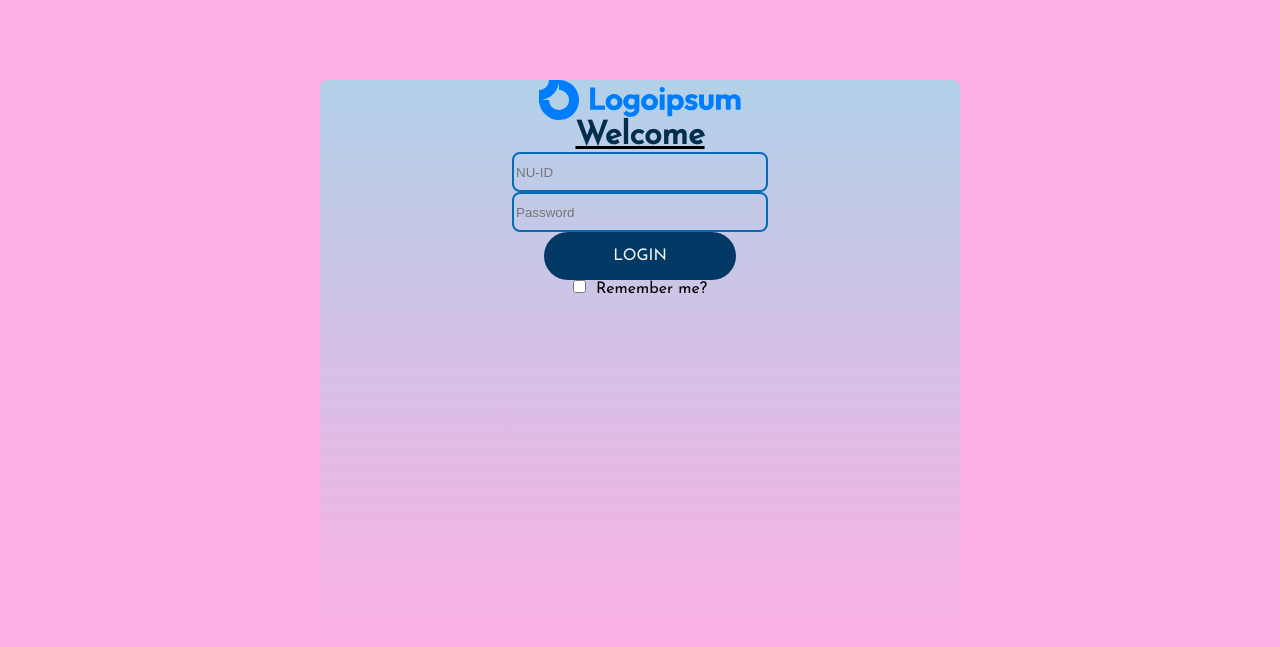
Repository: Tahaa2t/Researchers
Page: /
These files come from the project's save history. The page is drawn as it stood at one moment and after a run of saves; the edit follows.
The browser window is 1280 px wide. The pictures show the whole page.
The project was rebuilt for these pictures with package versions that can differ from the ones it lists, and the page was loaded fresh each time.

Above is the page before, as saved 2023-06-25 23:40:17.

After the next 2 saves:
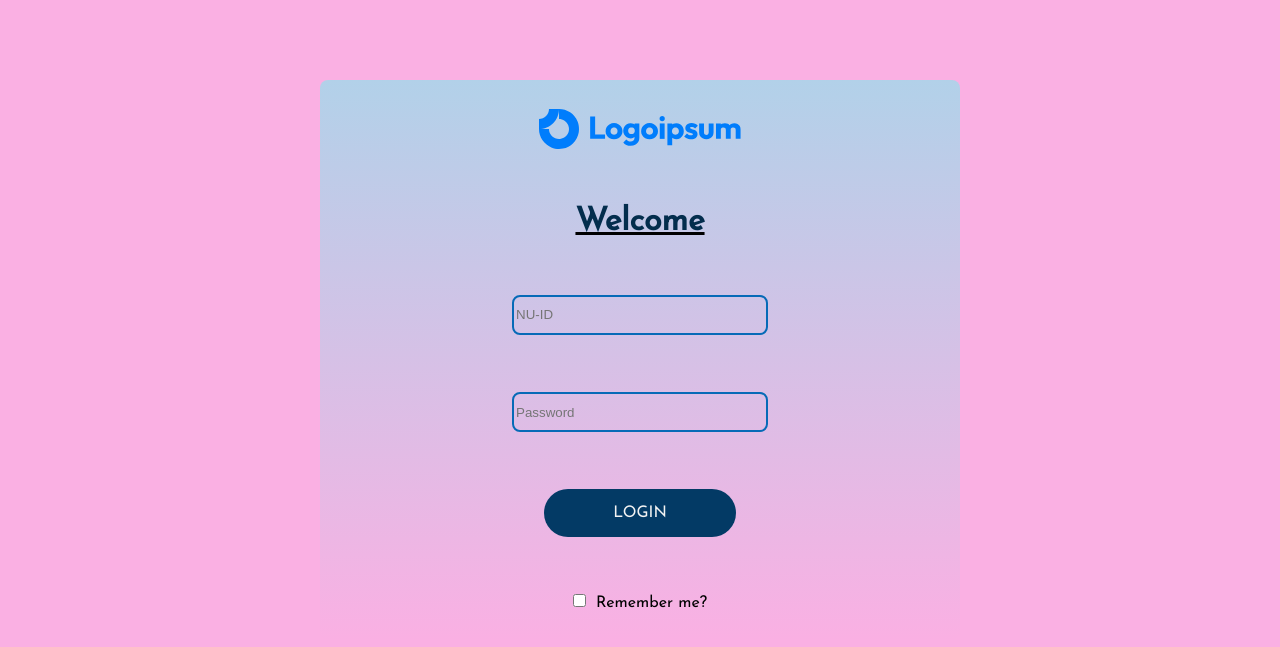
The 2 saves are shown as one change because they came seconds apart.
The last was saved 15 s later.
--- a/src/Components/css/loginstyle.css
+++ b/src/Components/css/loginstyle.css
@@ -43,7 +43,7 @@ display: flex;
   display: flex;
   flex-direction: column;
   align-items: center;
-/* justify-content: space-around; */
+  justify-content: space-around;
 
 }
 
